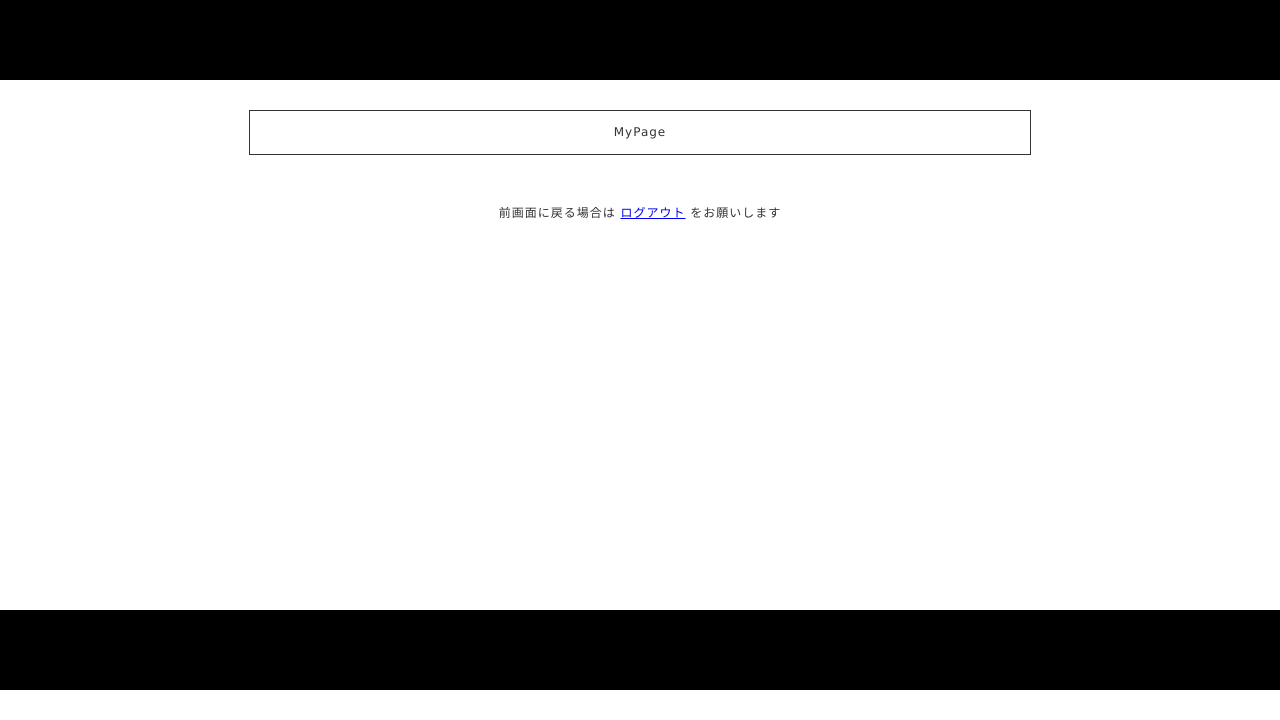
Repository: RyunosukeSaiga0816/test
Page: http://localhost/ecsite/myPage.jsp
These files come from the project's save history. The page is drawn as it stood at one moment and after the next save; the edit follows.
The browser window is 1280 px wide. The pictures show the whole page.
The page is served by Tomcat 9. Other server files are loaded and not shown.

Above is the page before, as saved 2018-07-27 01:32:41.

### ecsite/WebContent/myPage.jsp
<%@ page language="java" contentType="text/html; charset=UTF-8"
    pageEncoding="UTF-8"%>
<%@ taglib prefix="s" uri="/struts-tags" %>
<!DOCTYPE html>
<html>
	<head>
		<meta http-equiv="Content-Type" content="text/html; charset=utf-8"/>
		<meta http-equiv="Content-Style-Type" content="text/css"/>
		<meta http-equiv="Content-Script-Type" content="text/javascript"/>
		<meta http-equiv="imagetoolbar" content="no"/>
		<meta name="description" content=""/>
		<meta name="keywords" content=""/>
		<title>MyPage画面</title>

		<style type="text/css">

			/*=======TAG LAYOUT========*/
			body{
				margin:0;
				padding:0;
				line-height:1.6;
				letter-spacing:1px;
				font-family:Verdana,Helvetica,sans-serif;
				font-size:12px;
				color:#333;
				background:#fff;
			}
			table{
				text-align:center;
				margin:0 auto;
			}

			/*========ID LAYOUT========*/
			#top{
				width:780px;
				margin:30px auto;
				border:1px solid #333;
			}
			#header{
				width:100%;
				height:80px;
				background-color:black;
			}
			#main{
				width:100%;
				height:500px;
				text-align:center;
			}
			#footer{
				width:100%;
				height:80px;
				background-color:black;
				clear:both;
			}
			#text-right{
				display:inline-block;
				text-align:right;
			}
		</style>
	</head>
	<body>
		<div id="header">
			<div id="pr">
			</div>
		</div>
		<div id="main">
			<div id="top">
				<p>MyPage</p>
			</div>
			<div>
				<s:if test="session.message==''">
					<h3>ご購入情報は以下になります。</h3>
					<table>
						<tr>
							<td>商品名<td>
							<td><s:property value="session.buyItem_name"/></td>
						</tr>
						<tr>
							<td>値段</td>
							<td><s:property value="session.total_price"/><span>円</span></td>
						</tr>
						<tr>
							<td>購入個数</td>
							<td><s:property value="session.total_count"/><span>個</span></td>
						</tr>
						<tr>
							<td>支払い方法</td>
							<td><s:property value="session.total_payment"/></td>
						</tr>
					</table>
					<s:form action="MyPageAction">
						<input type="hidden" name="deleteFlg" value="1">
						<s:submit value="削除" method="delete"/>
					</s:form>
				</s:if>
				<s:if test="session.message !=null">
					<h3><s:property value="session.message"/></h3>
				</s:if>
				<div>
					<br>
					<span>前画面に戻る場合は</span>
					<a href='<s:url action="HomeAction"/>'>ログアウト</a>
					<span>をお願いします</span>
				</div>
			</div>
		</div>
		<div id="footer">
			<div id="pr">
			</div>
		</div>
	</body>
</html>

After the next save:
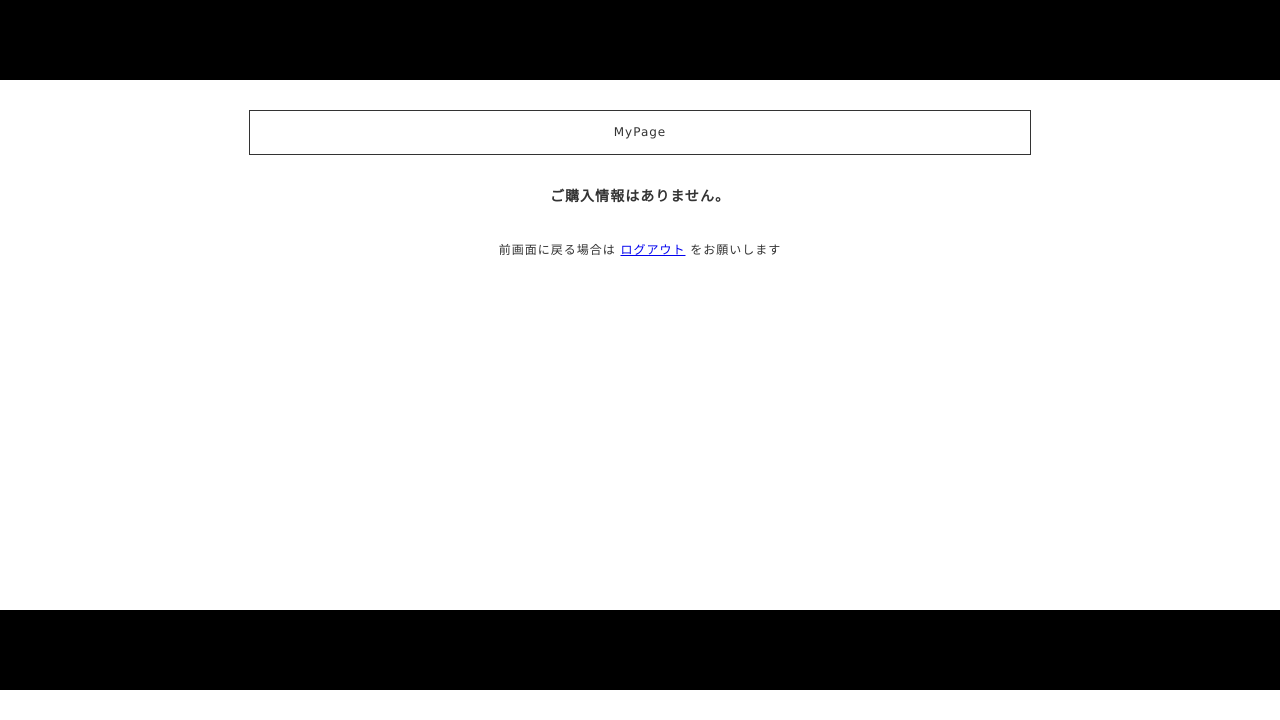
Saved 10 min 35 s later.
--- a/ecsite/WebContent/myPage.jsp
+++ b/ecsite/WebContent/myPage.jsp
@@ -93,6 +93,9 @@
 						<s:submit value="削除" method="delete"/>
 					</s:form>
 				</s:if>
+				<s:elseif test="message==null">
+					<h3>ご購入情報はありません。</h3>
+				</s:elseif>
 				<s:if test="session.message !=null">
 					<h3><s:property value="session.message"/></h3>
 				</s:if>

After the save that followed:
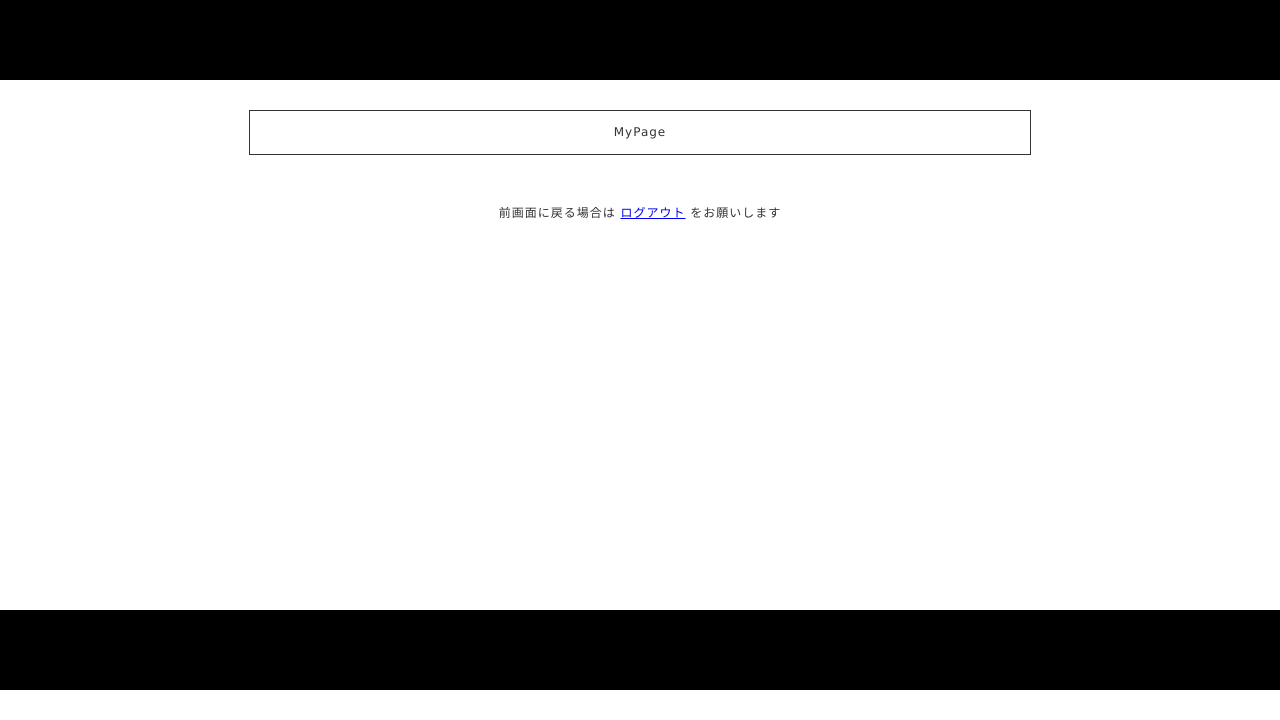
Saved 6 min 25 s later.
--- a/ecsite/WebContent/myPage.jsp
+++ b/ecsite/WebContent/myPage.jsp
@@ -87,17 +87,18 @@
 							<td>支払い方法</td>
 							<td><s:property value="session.total_payment"/></td>
 						</tr>
+						<tr>
+							<td>購入日</td>
+							<td><s:property value="insert_date"/></td>
+						</tr>
 					</table>
 					<s:form action="MyPageAction">
 						<input type="hidden" name="deleteFlg" value="1">
 						<s:submit value="削除" method="delete"/>
 					</s:form>
 				</s:if>
-				<s:elseif test="message==null">
+				<s:if test="session.message !=null">
 					<h3>ご購入情報はありません。</h3>
-				</s:elseif>
-				<s:if test="session.message !=null">
-					<h3><s:property value="session.message"/></h3>
 				</s:if>
 				<div>
 					<br>
